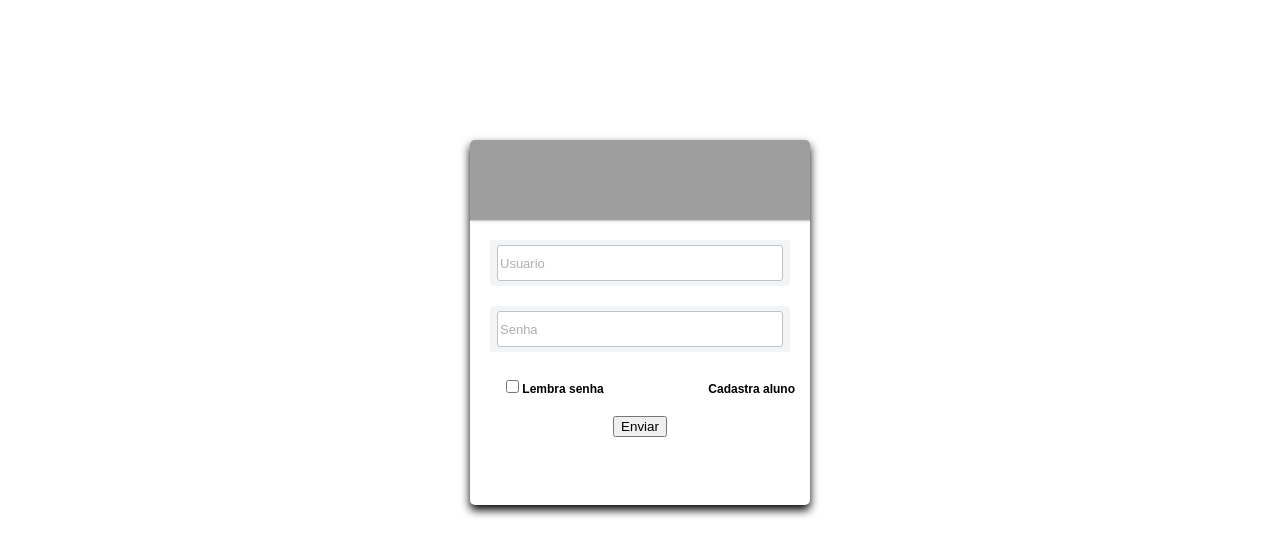
Repository: luisjonson/ProjetoWebAcademia
Page: http://localhost/RepositorioWebProject/Login.jsp
The author's editor kept a copy of each file at every save. The page is drawn from the files as they stood at one save, then again after the next save.
The browser window is 1280 px wide. The pictures show the whole page.
Pictures or frames that could not be fetched are drawn as grey boxes. The page is served by Tomcat 9.

Above is the page before, as saved 2017-04-10 23:25:58.

After the next save:
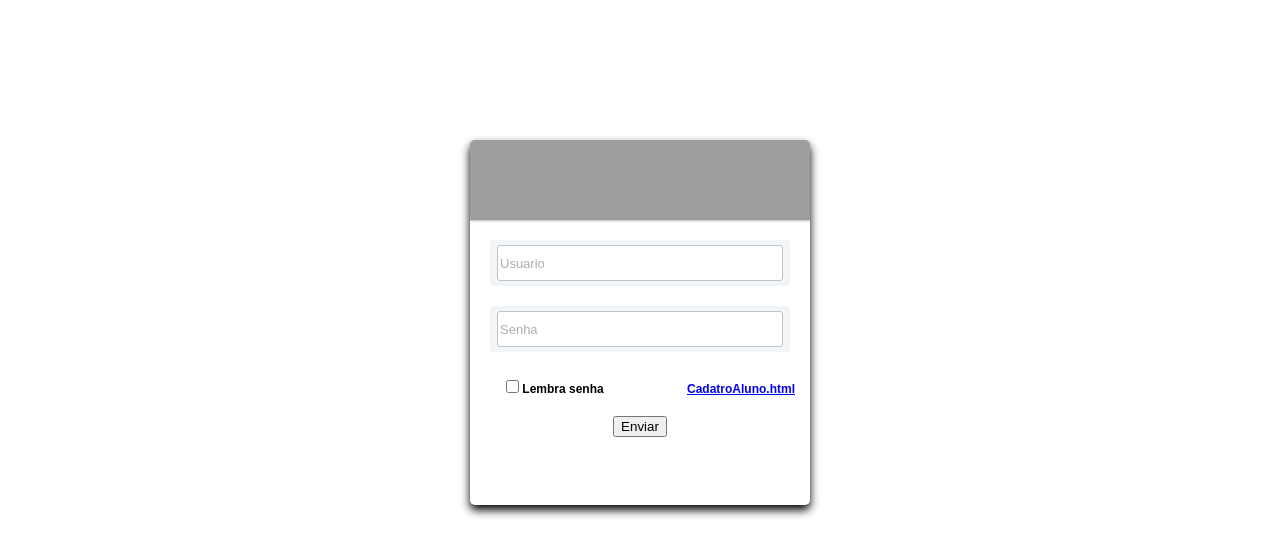
Saved 8 min 45 s later.
--- a/Projeto_Web/RepositorioWebProject/WebContent/Login.jsp
+++ b/Projeto_Web/RepositorioWebProject/WebContent/Login.jsp
@@ -132,7 +132,7 @@
 				</div>
                  <form action="ca"></form>
                   <div id="lembra-senha"><input type="checkbox"/>Lembra senha</div>
-                  <div id="CadastraAluno">Cadastra aluno</div><br><br>
+                  <div id="CadastraAluno"><a href="Cadastra aluno">CadatroAluno.html</a></div><br><br>
 
                     <div id="botao" ><input type="submit" name="enviar" value="Enviar"></div>
 
